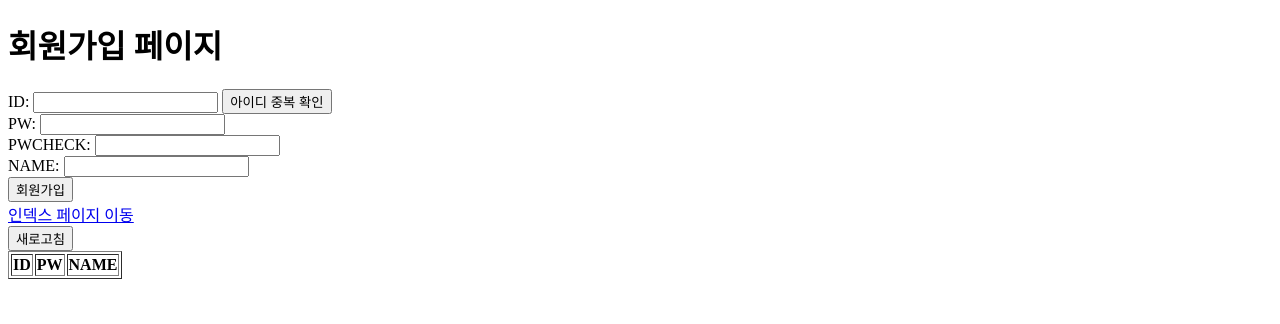
Repository: smallomg/bg-spring
Page: http://localhost/demo4-1/WEB-INF/views/signup.jsp
The author's editor kept a copy of each file at every save. The page is drawn from the files as they stood at one save, then again after the next save.
The browser window is 1280 px wide. The pictures show the whole page.
The page is served by Tomcat 9. Nobody is signed in. Other server files are loaded and not shown. The template is opened directly, without the code that normally fills it, so the values that code supplies are empty.

Above is the page before, as saved 2025-05-08 02:46:17.

### ldy_spring/demo4-1/src/main/webapp/WEB-INF/views/signup.jsp
<%@ page language="java" contentType="text/html; charset=UTF-8"
	pageEncoding="UTF-8"%>
<!DOCTYPE html>
<html>
<head>
<meta charset="UTF-8">
<title>회원가입 페이지</title>
</head>
<body>
	<h1>회원가입 페이지</h1>
	<form action="SignUp" method="post" onsubmit="return validateForm()">
		ID: <input type="text" id="id" name="id">
		<button type="button" onclick="idcheck()">아이디 중복 확인</button>
		<br> PW: <input type="password" id="pw" name="pw"><br>
		PWCHECK: <input type="password" id="pwcheck" name="pwcheck"
			onblur="pwCheck()"><br> NAME: <input type="text"
			id="name" name="name"><br> <input type="submit"
			value="회원가입">
	</form>
	<div id="demo1"></div>
	<div id="demo2"></div>
	<a href="/">인덱스 페이지 이동</a>
	<br>

	<button type="button" onclick="selectAll()">새로고침</button>
	<br>
	<table border="1">
		<thead>
			<tr>
				<th>ID</th>
				<th>PW</th>
				<th>NAME</th>
			</tr>
		</thead>
		<tbody id="tbody">
		</tbody>
	</table>
	<script>
		function selectAll() {
			const xhr = new XMLHttpRequest();
			xhr.onload = function() {
				const list = JSON.parse(xhr.responseText);
				let html = "";
				for (let i = 0; i < list.length; i++) {
					html += "<tr>"+
					"<td>" + list[i].id + "</td>" +
					"<td>"+ list[i].pw + "</td>" +
					"<td>" + list[i].name + "</td>"+
					"<td>" + list[i].name + "</td>"+
					"</tr>";

				}
				document.getElementById('tbody').innerHTML = html;
			}

			xhr.open('GET', '/selectAll');
			xhr.send();
		}
	</script>

	<script>
		let idValid = false;
		function idcheck() {
			const id = document.getElementById('id').value;
			if (!id) {
				alert('아이디를 입력하세요.');
				return;
			}
			const xhr = new XMLHttpRequest();
			xhr.onload = function() {
				if (xhr.responseText === "1") {
					document.getElementById('demo1').innerHTML = "사용중인 아이디 입니다";
					idValid = false;
				} else {
					document.getElementById('demo1').innerHTML = "사용가능한 아이디";
					idValid = true;
				}

			}
			xhr.open('GET', '/idcheck?id=' + id);
			xhr.send();
		}

		let pwValid = false;
		function pwCheck() {
			const pw = document.getElementById('pw').value;
			const pwcheck = document.getElementById('pwcheck').value;

			const xhr = new XMLHttpRequest();
			xhr.onload = function() {
				if (xhr.responseText == "1") {
					document.getElementById('demo2').innerHTML = "비밀번호가 다릅니다";
					pwValid = false;
				} else {
					document.getElementById('demo2').innerHTML = "비밀번호가 같습니다";
					pwValid = true;
				}

			}
			xhr.open('GET', '/pwCheck?pw=?' + pw + '&pwcheck=?' + pwcheck);
			xhr.send();
		}

		function validateForm() {
			if (!idValid) {
				alert('아이디 중복 확인을 해주세요.');
				return false;
			}
			if (!pwValid) {
				alert('비밀번호가 일치하지 않습니다.');
				return false;
			}
			return true;
		}
	</script>
</body>
</html>

After the next save:
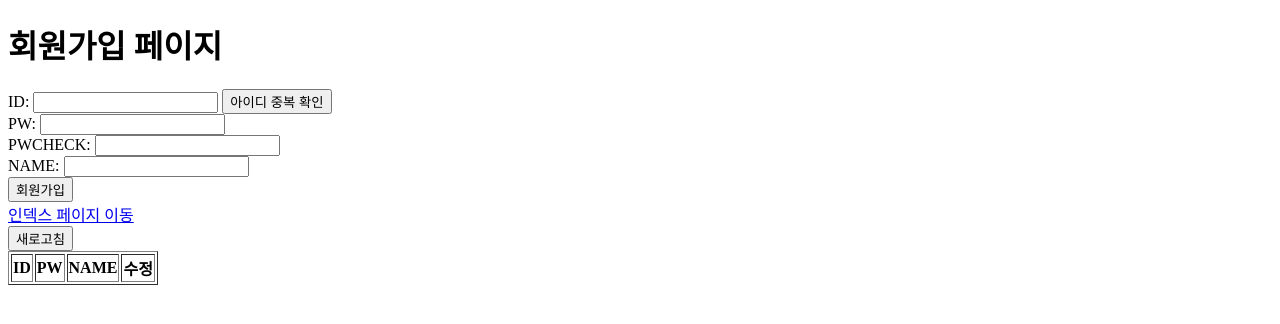
Saved 20 s later.
--- a/ldy_spring/demo4-1/src/main/webapp/WEB-INF/views/signup.jsp
+++ b/ldy_spring/demo4-1/src/main/webapp/WEB-INF/views/signup.jsp
@@ -30,6 +30,7 @@
 				<th>ID</th>
 				<th>PW</th>
 				<th>NAME</th>
+				<th>수정</th>
 			</tr>
 		</thead>
 		<tbody id="tbody">
